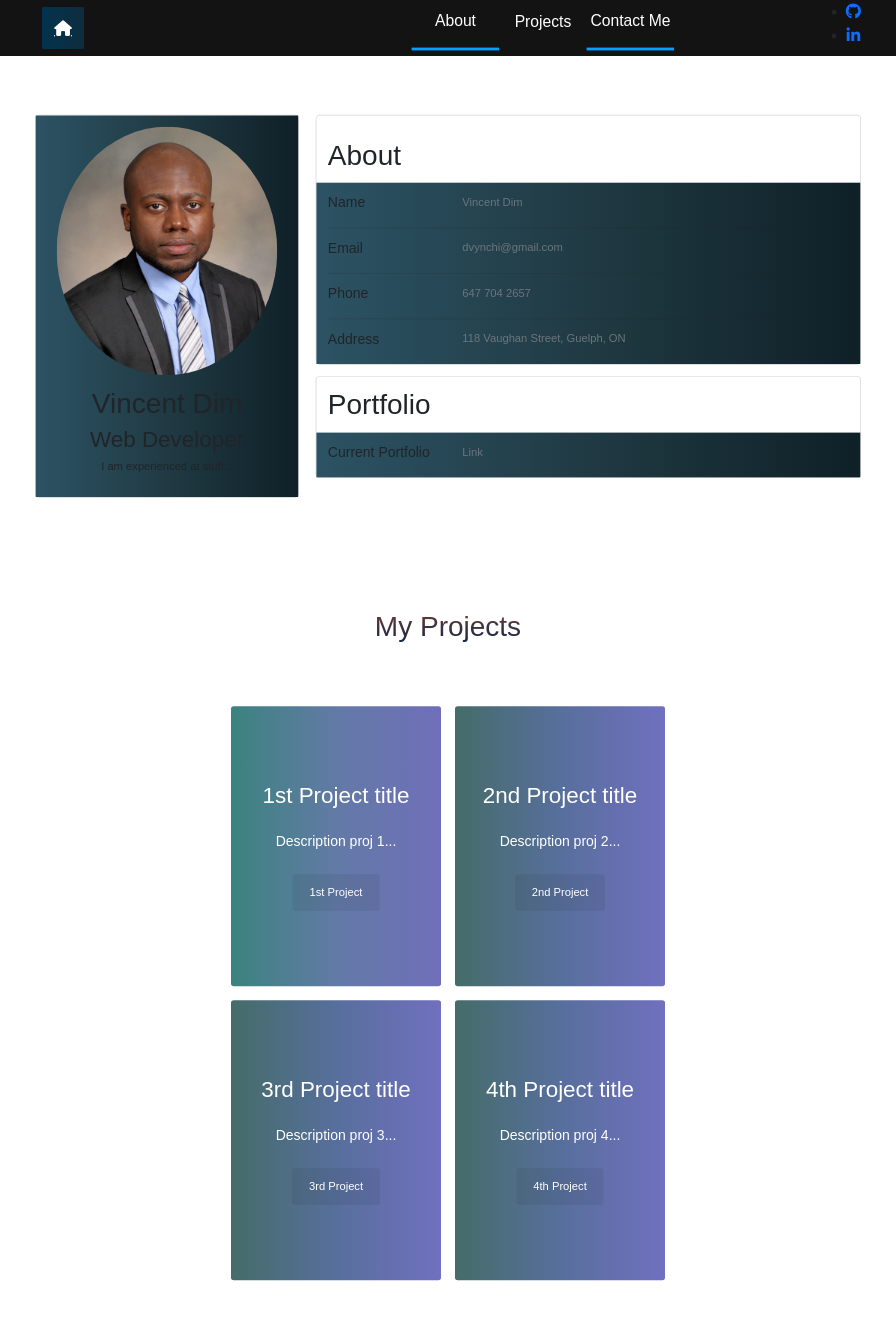
Repository: dvynchi/profile-2022
Page: index.html
These files come from the project's save history. The page is drawn as it stood at one moment and after the next save; the edit follows.
The browser window is 1280 px wide. The pictures show the part of the page from y = 0 to 1920 px (the page is 2631 px tall), at 70% of full size.
Some web libraries are served in a nearby version.

Above is the page before, as saved 2022-08-18 11:38:06.

After the next save:
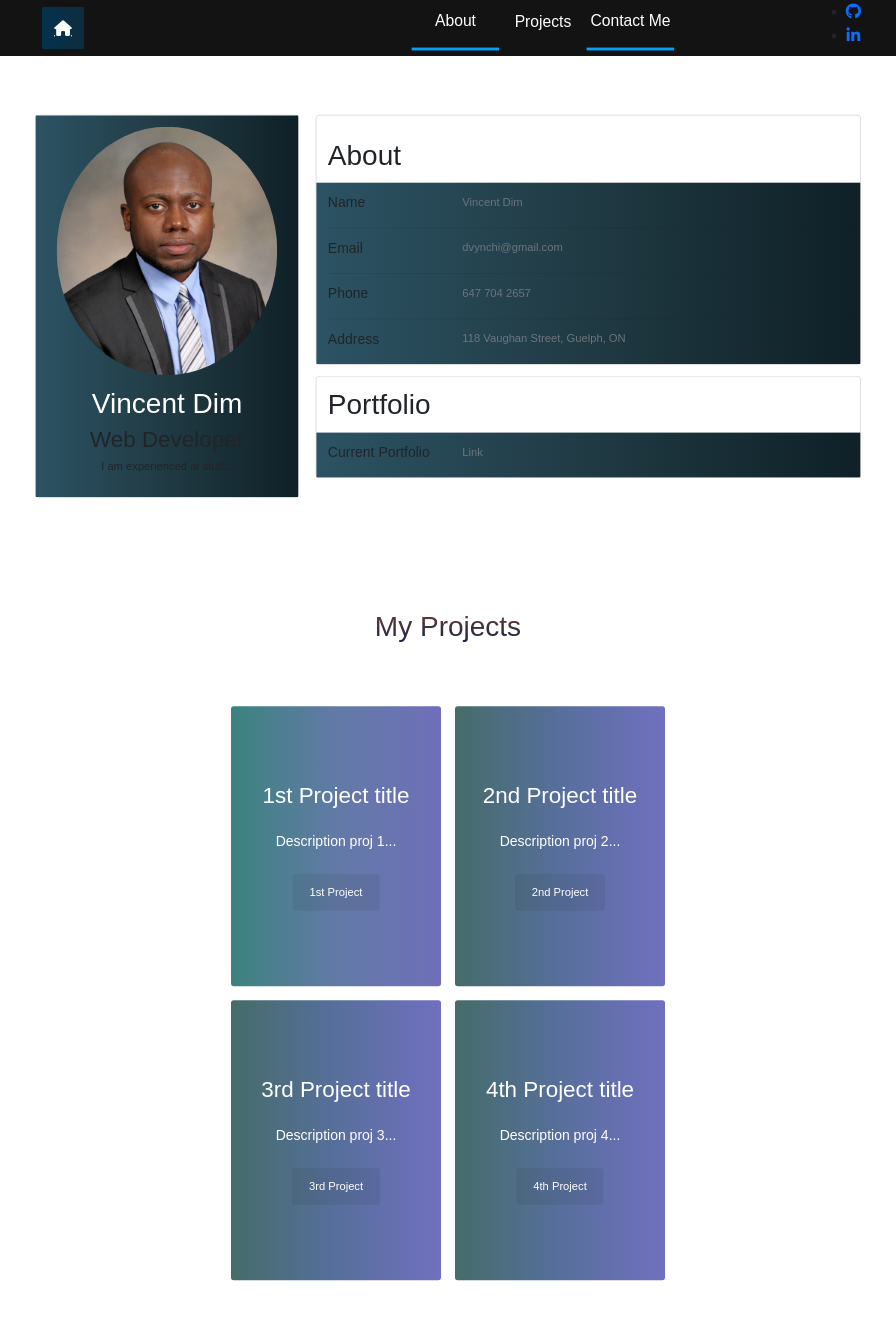
Saved 41 s later.
--- a/styles.css
+++ b/styles.css
@@ -221,6 +221,11 @@
     background: linear-gradient(to right, #2C5364, #203A43, #0F2027);
     height: 100%;
 }
+.card-body h3 {
+    color: #fff;
+}
+
+
 
 /* Mobile Responsiveness for About and Contact Section */
 

After the save that followed:
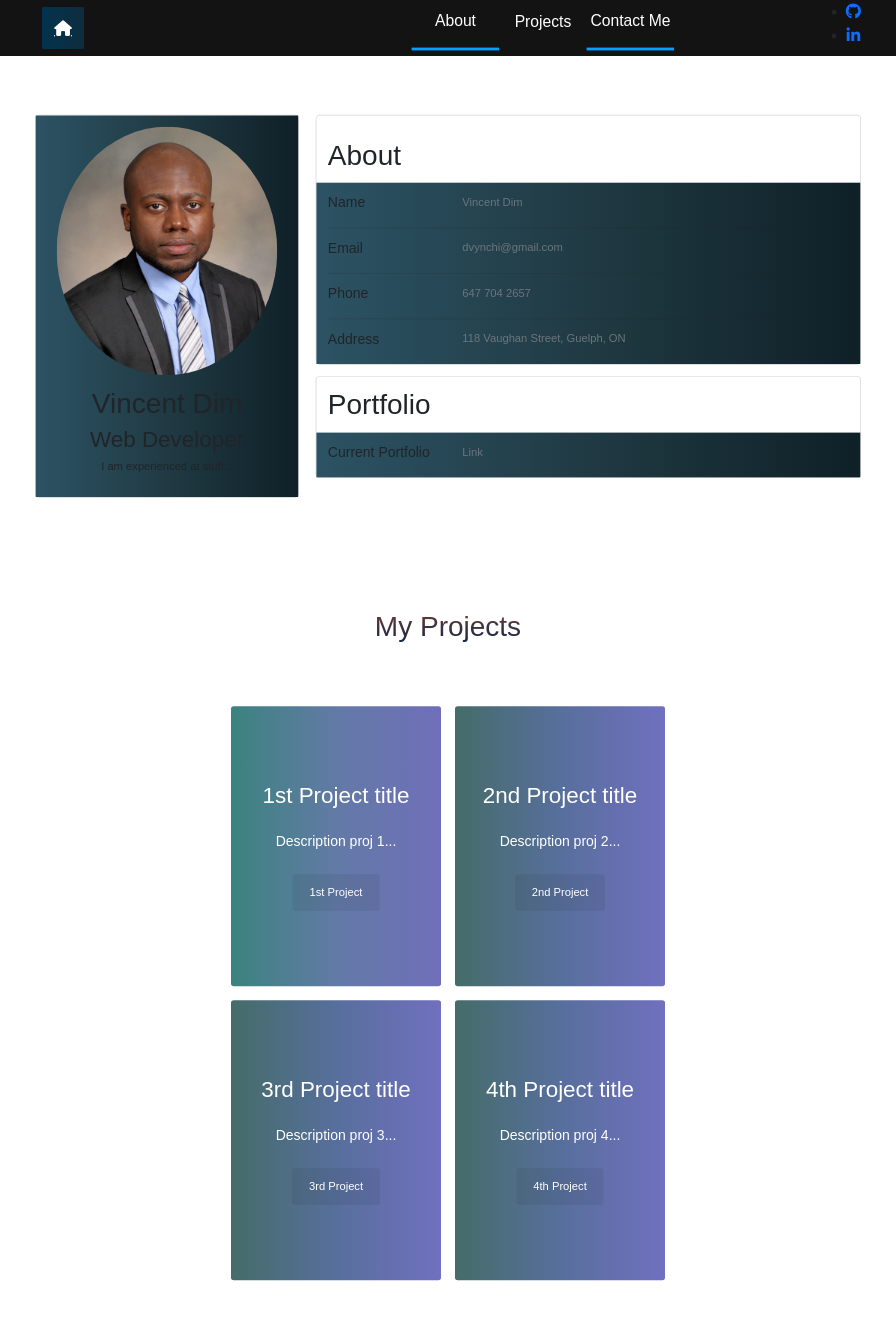
Saved 10 s later.
--- a/styles.css
+++ b/styles.css
@@ -221,7 +221,7 @@
     background: linear-gradient(to right, #2C5364, #203A43, #0F2027);
     height: 100%;
 }
-.card-body h3 {
+.card-body h2 h3 p {
     color: #fff;
 }
 
